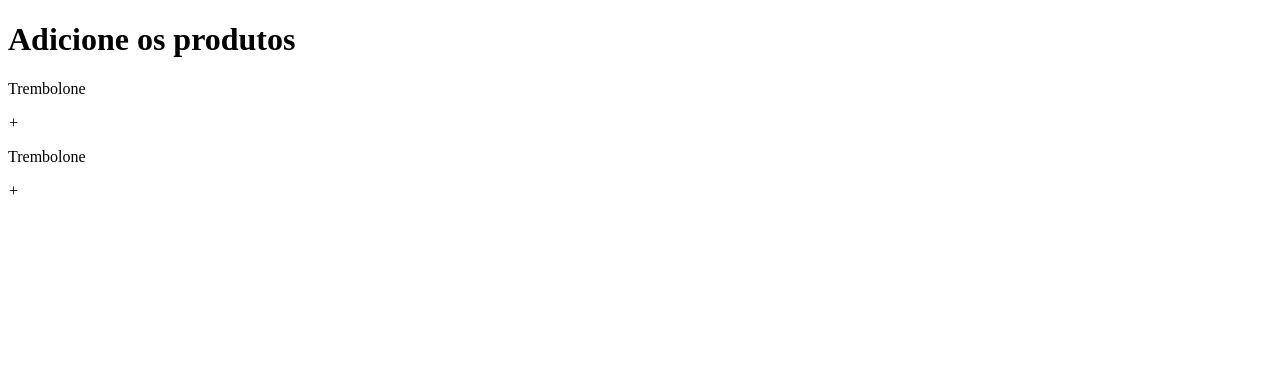
Repository: Leonngc/Lab
Page: confirm.html
These files come from the project's save history. The page is drawn as it stood at one moment and after the next save; the edit follows.
The browser window is 1280 px wide. The pictures show the whole page.

Above is the page before, as saved 2023-01-09 00:10:09.

### confirm.html
<!DOCTYPE html>
<html lang="pt-br">
<head>
    <meta charset="UTF-8">
    <meta http-equiv="X-UA-Compatible" content="IE=edge">
    <meta name="viewport" content="width=device-width, initial-scale=1.0">
    <link rel="stylesheet" href="https://cdnjs.cloudflare.com/ajax/libs/font-awesome/6.2.1/css/all.min.css" integrity="sha512-MV7K8+y+gLIBoVD59lQIYicR65iaqukzvf/nwasF0nqhPay5w/9lJmVM2hMDcnK1OnMGCdVK+iQrJ7lzPJQd1w==" crossorigin="anonymous" referrerpolicy="no-referrer" />
    <title>Document</title>
</head>
<body>

   <h1>Adicione os produtos</h1>
<div id="prod" >

       <p>Trembolone</p> <i class="fa-thin fa-plus"></i>
       <p>Trembolone</p> <i class="fa-thin fa-plus"></i>
</div>


    <script src="js/confirm.js"></script>

</body>
</html>

Loaded but not shown: js/confirm.js (no stored copy; drawn as an empty file)

After the next save:
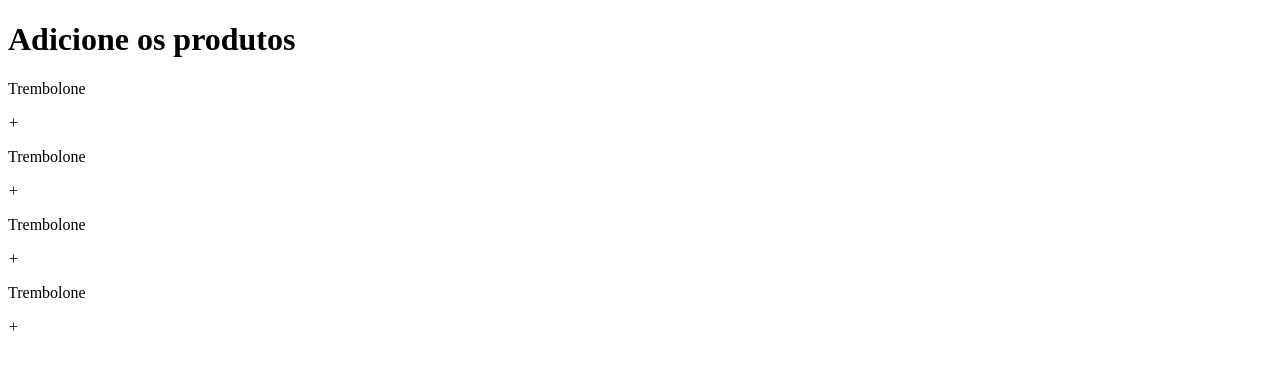
Saved 5 s later.
--- a/confirm.html
+++ b/confirm.html
@@ -14,6 +14,9 @@
 
        <p>Trembolone</p> <i class="fa-thin fa-plus"></i>
        <p>Trembolone</p> <i class="fa-thin fa-plus"></i>
+       <p>Trembolone</p> <i class="fa-thin fa-plus"></i>
+       <p>Trembolone</p> <i class="fa-thin fa-plus"></i>
+
 </div>
 
 
